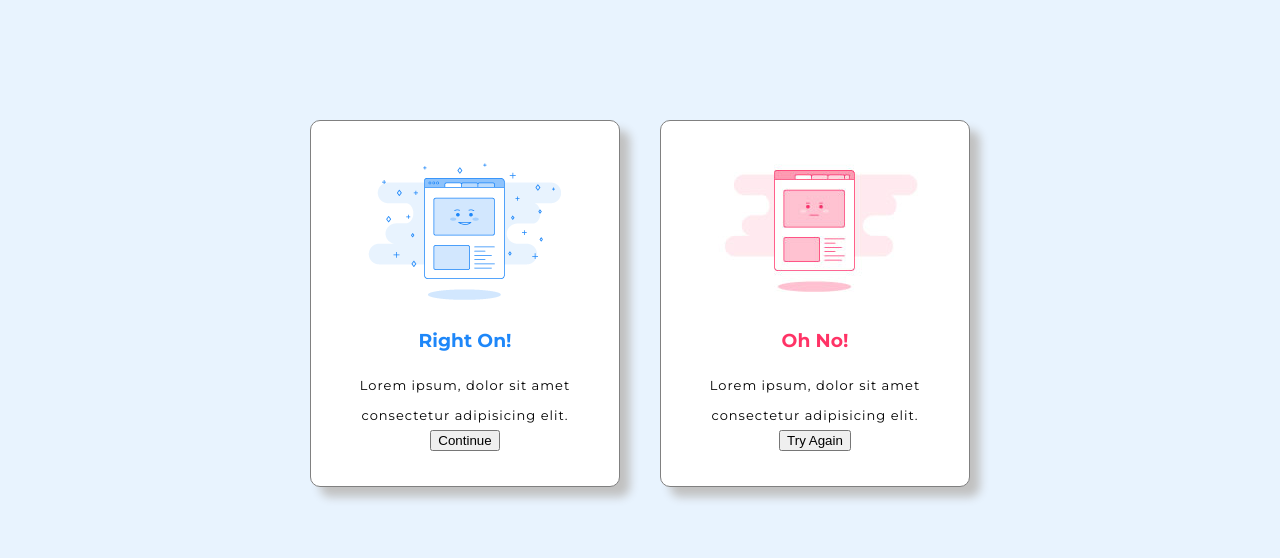
Repository: giahuy405/flash_message_BEM
Page: index.html
An editor plug-in stored every save of this project. The page is shown before and after the next save, followed by the edit.
The browser window is 1280 px wide. The pictures show the whole page.

Above is the page before, as saved 2022-09-06 02:38:21.

After the next save:
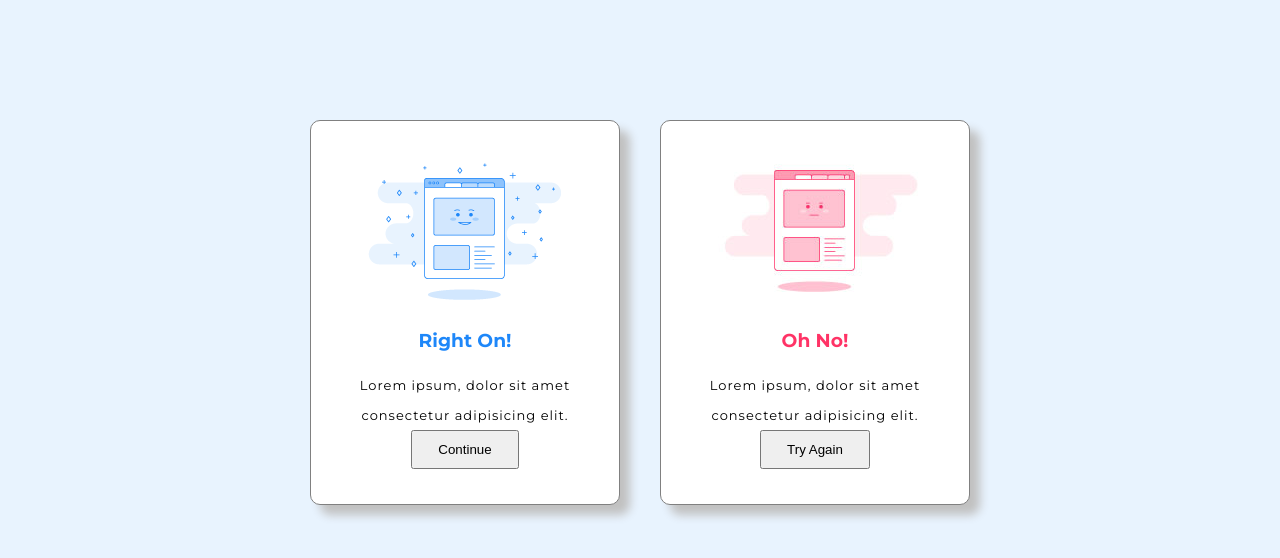
Saved 30 s later.
--- a/css/index.css
+++ b/css/index.css
@@ -40,3 +40,6 @@ body{
     line-height: 30px;
     letter-spacing: 1px;
 }
+.flash-message__button{
+    padding: 10px 25px;
+}
